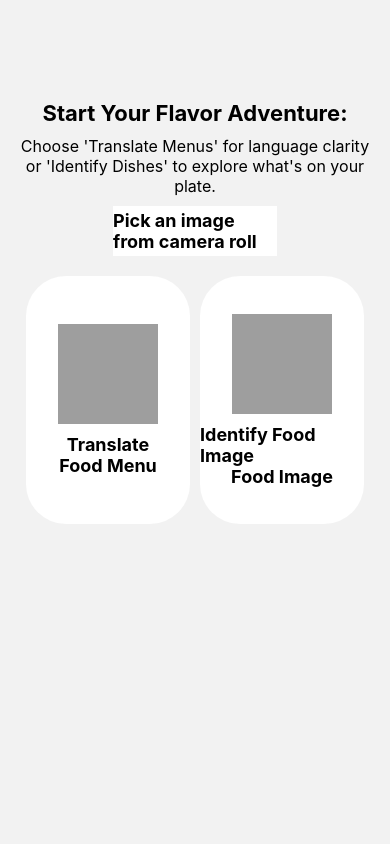
Repository: djdjdallas/taste-without-borders
Screen: /Home
The author's editor kept a copy of each file at every save. The screen is drawn from the files as they stood at one save, then again after the next save.
Pictures or frames that could not be fetched are drawn as grey boxes. The app was drawn by React Native's web renderer in a window 390 px wide. The project was rebuilt for these pictures with package versions that can differ from the ones it lists, and the page was loaded fresh each time.

Above is the screen before, as saved 2023-12-26 20:29:41.

After the next save:
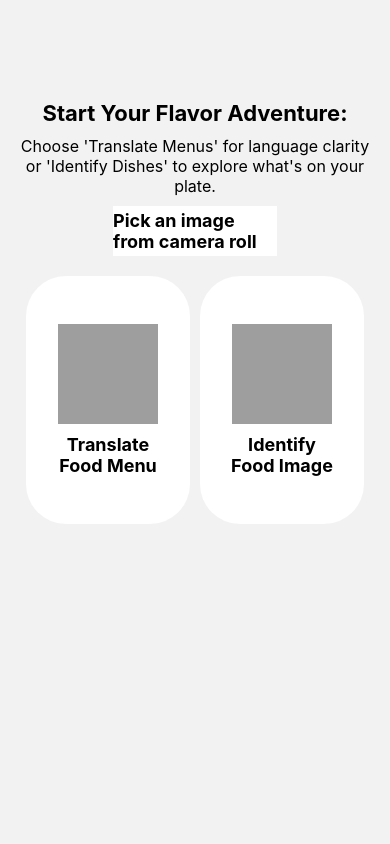
Saved 5 s later.
--- a/HomeScreen.js
+++ b/HomeScreen.js
@@ -196,7 +196,7 @@ const HomeScreen = () => {
 
         <TouchableOpacity style={styles.button} onPress={analyzeFoodImage}>
           <Image source={iconForAnalyzeFoodImage} style={styles.icon} />
-          <Text style={styles.buttonText}>Identify Food Image</Text>
+          <Text style={styles.buttonText}>Identify</Text>
           <Text style={styles.buttonText}>Food Image</Text>
         </TouchableOpacity>
       </View>
